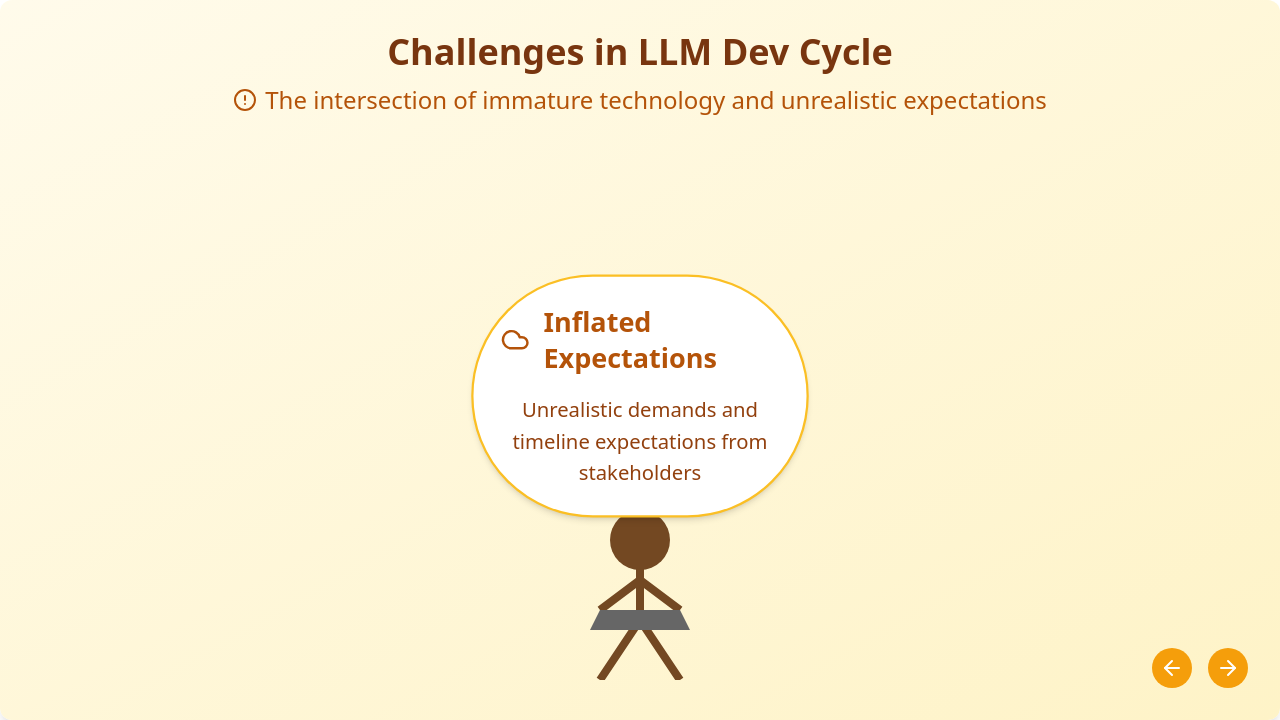
Repository: Galbaz1/dell_presentation
Page: /slide2
These files come from the project's save history. The page is drawn as it stood at one moment and after a run of saves; the edit follows.
The browser window is 1280 px wide. The pictures show the whole page.
The project was rebuilt for these pictures with package versions that can differ from the ones it lists, and the page was loaded fresh each time. The framework's server and built-in components were replaced by stand-ins that run in the browser. Also part of the build but not shown: styles/animations/slide1.css, styles/animations/slide2.css.

Above is the page before, as saved 2024-11-13 12:55:23.

### pages/_app.tsx
import '../styles/globals.css'
import '../styles/animations/slide1.css'
import '../styles/animations/slide2.css'
import type { AppProps } from 'next/app'

function MyApp({ Component, pageProps }: AppProps) {
  return <Component {...pageProps} />
}

export default MyApp

### pages/slide2.tsx
import React, { useState, useEffect } from 'react';
import { ArrowRight, ArrowLeft, AlertCircle, Cloud } from 'lucide-react';
import Link from 'next/link';
import { motion, AnimatePresence } from 'framer-motion';
import { useRouter } from 'next/router';

const Slide2: React.FC = () => {
  const router = useRouter();

  const [animationPhase, setAnimationPhase] = useState<'falling' | 'hitting' | 'growing' | 'pulsing'>('falling');

  useEffect(() => {
    const sequence = async () => {
      await new Promise(resolve => setTimeout(resolve, 2000));
      setAnimationPhase('hitting');

      await new Promise(resolve => setTimeout(resolve, 1000));
      setAnimationPhase('growing');

      await new Promise(resolve => setTimeout(resolve, 15000));
      setAnimationPhase('pulsing');
    };

    sequence();
  }, []);

  useEffect(() => {
    const handleKeyDown = (event: KeyboardEvent) => {
      switch (event.key) {
        case 'ArrowLeft':
          router.push('/');
          break;
        case 'ArrowRight':
          router.push('/slide3');
          break;
      }
    };

    window.addEventListener('keydown', handleKeyDown);
    return () => window.removeEventListener('keydown', handleKeyDown);
  }, [router]);

  const blockVariants = {
    falling: {
      y: "-200vh",
      x: "-50%",
      transition: {
        y: {
          type: "tween",
          duration: 12,
          ease: "easeIn"
        }
      }
    },
    hitting: {
      y: "140%",
      x: "-50%",
      transition: {
        type: "spring",
        stiffness: 300,
        damping: 15
      }
    },
    growing: {
      y: "50%",
      x: "-50%",
      scale: [1, 1.2, 1.1, 1.4, 1.3, 1.6, 1.5, 1.8, 1.7, 2],
      transition: {
        y: { duration: 1, ease: "easeOut" },
        scale: {
          duration: 15,
          times: [0, 0.1, 0.2, 0.3, 0.4, 0.5, 0.6, 0.7, 0.8, 1],
          ease: "easeInOut"
        }
      }
    },
    pulsing: {
      y: "50%",
      x: "-50%",
      scale: [2, 2.1, 2],
      transition: {
        scale: {
          duration: 2,
          repeat: Infinity,
          ease: "easeInOut"
        }
      }
    }
  };

  const developerVariants = {
    standing: {
      x: "-50%",
      rotate: 0
    },
    fallen: {
      x: "100%",
      rotate: 90,
      transition: {
        type: "spring",
        stiffness: 60,
        damping: 20,
        restDelta: 0.001
      }
    }
  };

  return (
    <div className="bg-gradient-to-br from-amber-50 to-amber-100 p-8 rounded-xl shadow-lg min-h-screen overflow-hidden relative">
      {/* Header */}
      <div className="mb-16 text-center">
        <h1 className="text-4xl font-bold text-amber-900 mb-3">Challenges in LLM Dev Cycle</h1>
        <p className="text-2xl text-amber-700 flex items-center justify-center">
          <AlertCircle className="w-6 h-6 mr-2" />
          The intersection of immature technology and unrealistic expectations
        </p>
      </div>

      {/* Main Content Area */}
      <div className="max-w-5xl mx-auto relative h-[500px]">
        {/* Developer Figure */}
        <motion.div
          className="absolute bottom-0 left-1/2 -translate-x-1/2 origin-bottom z-10"
          variants={developerVariants}
          initial="standing"
          animate={animationPhase === 'hitting' ? 'fallen' : 'standing'}
        >
          <div className="relative w-[200px] h-[200px]">
            <svg viewBox="0 0 100 100" className="w-full h-full">
              <path
                d="M50 35 L50 70 L30 100 M50 70 L70 100 M50 50 L30 65 M50 50 L70 65"
                stroke="#734822"
                strokeWidth="4"
                fill="none"
              />
              <circle cx="50" cy="30" r="15" fill="#734822" />
              <path
                d="M30 65 L70 65 L75 75 L25 75 Z"
                fill="#666"
              />
            </svg>
          </div>
        </motion.div>

        {/* Falling Block - Changed to Circle */}
        <motion.div
          className="absolute left-1/2 -translate-x-1/2 top-0 w-[300px] z-20"
          variants={blockVariants}
          initial="falling"
          animate={animationPhase}
        >
          <div className="bg-white p-6 rounded-full shadow-md border-2 border-amber-400">
            <div className="flex items-center justify-center mb-4 text-amber-700">
              <Cloud className="w-8 h-8" />
              <h3 className="text-2xl font-semibold ml-3">Inflated Expectations</h3>
            </div>
            <p className="text-lg text-amber-800 text-center">
              Unrealistic demands and timeline expectations from stakeholders
            </p>
          </div>
        </motion.div>
      </div>

      {/* Navigation */}
      <div className="absolute bottom-8 right-8 flex items-center space-x-4">
        <Link href="/" className="bg-amber-500 hover:bg-amber-600 text-white p-2 rounded-full transition-colors">
          <ArrowLeft className="w-6 h-6" />
        </Link>
        <Link href="/slide3" className="bg-amber-500 hover:bg-amber-600 text-white p-2 rounded-full transition-colors">
          <ArrowRight className="w-6 h-6" />
        </Link>
      </div>
    </div>
  );
};

export default Slide2;

### styles/globals.css
@tailwind base;
@tailwind components;
@tailwind utilities;

@keyframes fallAndBounce {
  0% {
    transform: translateY(-100%) translateX(-50%);
  }
  70% {
    transform: translateY(140%) translateX(-50%);
  }
  75% {
    transform: translateY(130%) translateX(-50%);
  }
  80% {
    transform: translateY(135%) translateX(-50%);
  }
  85% {
    transform: translateY(128%) translateX(-50%);
  }
  90% {
    transform: translateY(132%) translateX(-50%);
  }
  100% {
    transform: translateY(0%) translateX(-50%);
  }
}

@keyframes developerFall {
  0%, 69% {
    transform: translateX(-50%) rotate(0deg);
  }
  100% {
    transform: translateX(100%) rotate(90deg);
  }
}

@keyframes pulsate {
  0% {
    transform: translateY(0%) translateX(-50%) scale(1);
  }
  8% {
    transform: translateY(0%) translateX(-50%) scale(1.15);
  }
  10% {
    transform: translateY(0%) translateX(-50%) scale(1.1);
  }
  18% {
    transform: translateY(0%) translateX(-50%) scale(1.35);
  }
  20% {
    transform: translateY(0%) translateX(-50%) scale(1.3);
  }
  28% {
    transform: translateY(0%) translateX(-50%) scale(1.55);
  }
  30% {
    transform: translateY(0%) translateX(-50%) scale(1.5);
  }
  38% {
    transform: translateY(0%) translateX(-50%) scale(1.75);
  }
  40% {
    transform: translateY(0%) translateX(-50%) scale(1.7);
  }
  48% {
    transform: translateY(0%) translateX(-50%) scale(1.95);
  }
  50% {
    transform: translateY(0%) translateX(-50%) scale(1.9);
  }
  100% {
    transform: translateY(0%) translateX(-50%) scale(2);
  }
}

@keyframes explodePiece {
  0% {
    transform: translate(0, 0) rotate(0);
    opacity: 1;
  }
  100% {
    transform: translate(var(--tx), 1000px) rotate(var(--tr));
    opacity: 0;
  }
}

.animate-fall-bounce {
  animation:
    fallAndBounce 3s cubic-bezier(0.4, 0, 0.2, 1) forwards,
    pulsate 8s cubic-bezier(0.4, 0, 0.2, 1) 5s forwards;
}

.animate-developer-fall {
  animation: developerFall 1.2s cubic-bezier(0.4, 0, 0.2, 1) forwards;
  animation-delay: 2.1s;
}

.explosion-piece {
  position: absolute;
  animation: explodePiece 2s cubic-bezier(0.4, 0, 0.2, 1) forwards;
  animation-delay: 16s; /* 5s wait + 8s growth + 3s wait */
}

### tailwind.config.js
/** @type {import('tailwindcss').Config} */
module.exports = {
  content: [
    "./pages/**/*.{js,ts,jsx,tsx}",
    "./components/**/*.{js,ts,jsx,tsx}",
    "./styles/**/*.css",
  ],
  theme: {
    extend: {},
  },
  plugins: [],
}

After the next 2 saves:
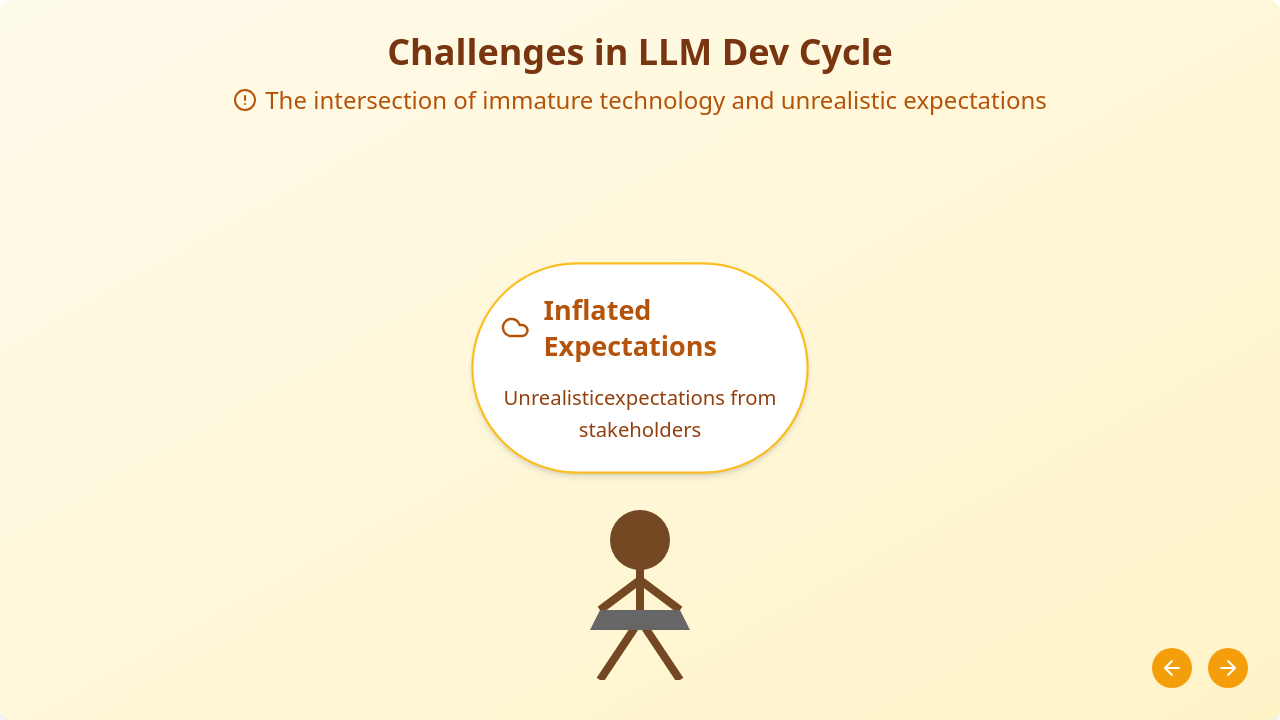
The 2 saves are shown as one change because they came seconds apart.
The last was saved 62 s later.
--- a/pages/slide2.tsx
+++ b/pages/slide2.tsx
@@ -155,7 +155,7 @@ const Slide2: React.FC = () => {
               <h3 className="text-2xl font-semibold ml-3">Inflated Expectations</h3>
             </div>
             <p className="text-lg text-amber-800 text-center">
-              Unrealistic demands and timeline expectations from stakeholders
+              Unrealisticexpectations from stakeholders
             </p>
           </div>
         </motion.div>
